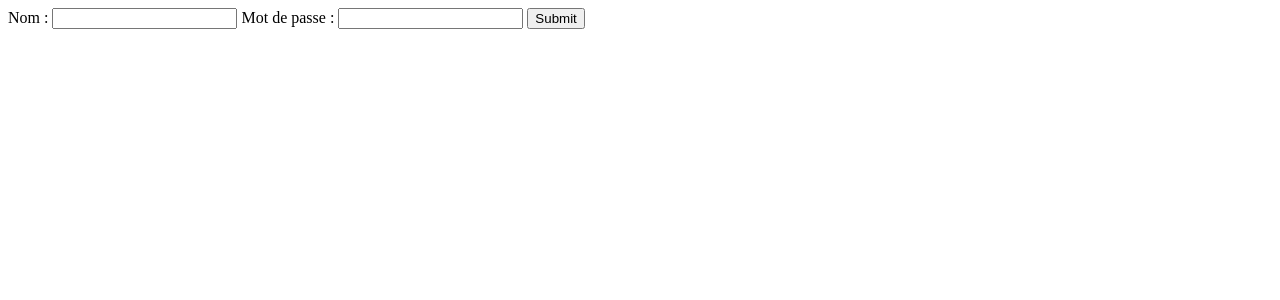
Repository: Kahefsay/javaEE
Page: http://localhost/ApsioTest/Login
These files come from the project's save history. The page is drawn as it stood at one moment and after a run of saves; the edit follows.
The browser window is 1280 px wide. The pictures show the whole page.
The page is served by Tomcat 9. Other server files are loaded and not shown.

Above is the page before, as saved 2018-02-02 13:50:11.

### ApsioTest/WebContent/WEB-INF/login.jsp
<!DOCTYPE html PUBLIC "-//W3C//DTD HTML 4.01 Transitional//EN" "http://www.w3.org/TR/html4/loose.dtd">
<html>
<head>
<meta http-equiv="Content-Type" content="text/html; charset=UTF-8">
<title>Identification</title>
</head>
<body>

<c:choose>
	<c:when test="${utilisateur}">
		<h1>Veuillez vous identifier</h1>
	</c:when>

</c:choose>


<c:if test="${ !empty pseudo }">
	Bonjour <c:out value="${pseudo }"/>
</c:if>

<form method="post" action="Login">
	<label for="nom">Nom : </label>
	<input type="text" name="pseudo" id="pseudo" value="${pseudo}"/>

	<label for="password">Mot de passe : </label>
	<input type="password" name="password" id="password" />
	<input type="submit"/>
</form>

</body>
</html>

### ApsioTest/src/com/formation/servlets/Login.java
package com.formation.servlets;

import java.io.IOException;
import javax.servlet.ServletException;
import javax.servlet.annotation.WebServlet;
import javax.servlet.http.HttpServlet;
import javax.servlet.http.HttpServletRequest;
import javax.servlet.http.HttpServletResponse;

import com.formation.beans.Identification;

@WebServlet("/Login")
public class Login extends HttpServlet {
	private static final long serialVersionUID = 1L;

	private final static String VUE = "/WEB-INF/login.jsp";


	protected void doGet(HttpServletRequest request, HttpServletResponse response) throws ServletException, IOException {
		request.getServletContext().getRequestDispatcher(VUE).forward(request, response);
	}

	protected void doPost(HttpServletRequest request, HttpServletResponse response) throws ServletException, IOException {

		Identification indent = new Identification();

		indent.authentifier(request);

		request.setAttribute("utilisateur", indent);

		request.getServletContext().getRequestDispatcher(VUE).forward(request, response);
	}

}

Loaded but not shown: ApsioTest/WebContent/WEB-INF/maTagLib.jsp (common file)

After the next 3 saves:
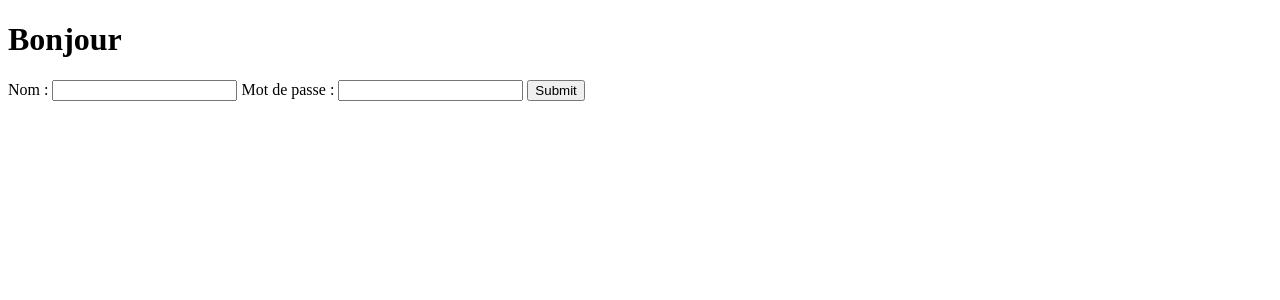
The 3 saves are shown as one change because 2 did not build or start.
The last was saved 2 min 26 s later.
--- a/ApsioTest/WebContent/WEB-INF/login.jsp
+++ b/ApsioTest/WebContent/WEB-INF/login.jsp
@@ -10,13 +10,14 @@
 	<c:when test="${utilisateur}">
 		<h1>Veuillez vous identifier</h1>
 	</c:when>
+	<c:when test="${utilisateur.etat == 'inconnu'}">
+		<h1>Recommencer</h1>
+	</c:when>
+	<c:otherwise>
+		<h1>Bonjour <c:out value="${utilisateur.etat}"></c:out></h1>
+	</c:otherwise>
 
 </c:choose>
-
-
-<c:if test="${ !empty pseudo }">
-	Bonjour <c:out value="${pseudo }"/>
-</c:if>
 
 <form method="post" action="Login">
 	<label for="nom">Nom : </label>
